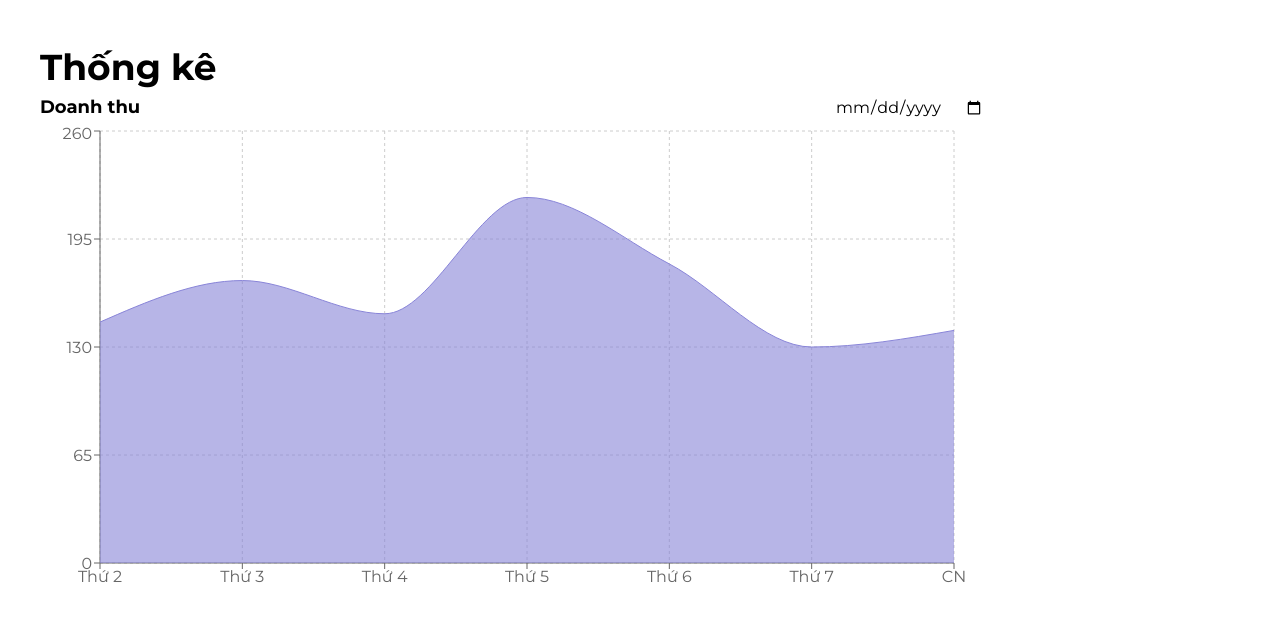
Repository: iphoneboy46/AltaMediaCMS
Page: /
An editor plug-in stored every save of this project. The page is shown before and after the next save, followed by the edit.
The browser window is 1280 px wide. The pictures show the whole page.
Some web libraries are served in a nearby version. The project was rebuilt for these pictures with package versions that can differ from the ones it lists, and the page was loaded fresh each time.

Above is the page before, as saved 2023-03-26 22:19:03.

After the next save:
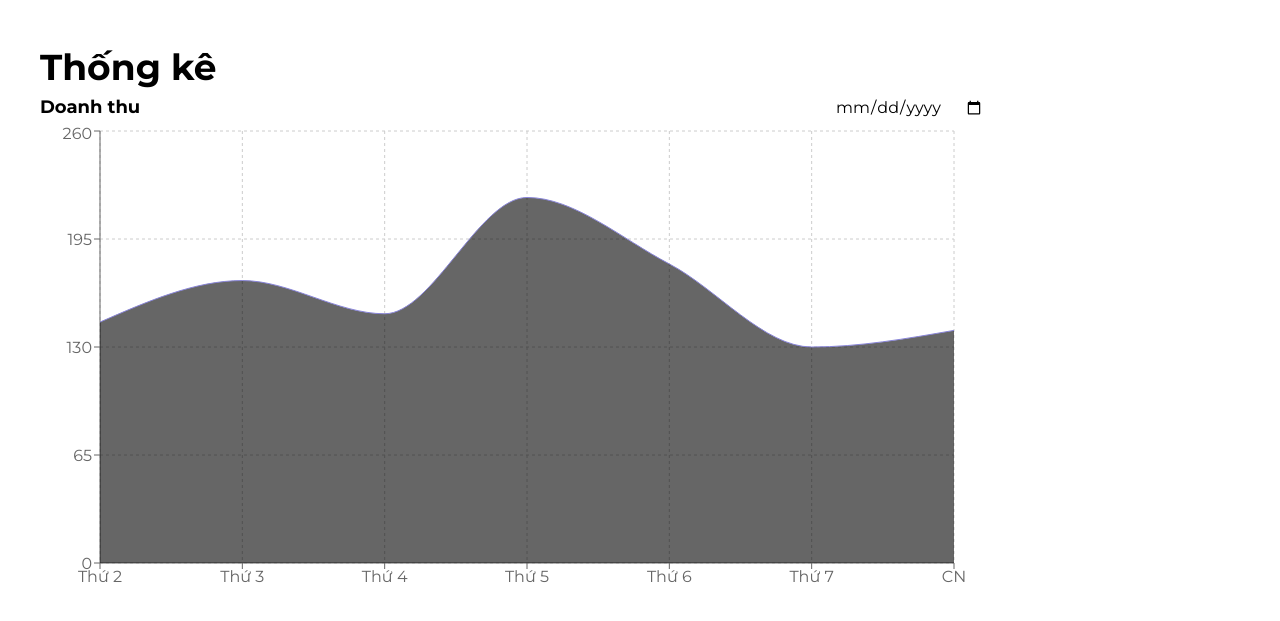
Saved 48 s later.
--- a/src/components/Charts/Charts.tsx
+++ b/src/components/Charts/Charts.tsx
@@ -72,7 +72,7 @@
             dataKey="uv"
             stackId="1"
             stroke="#8884d8"
-            fill="#8884d8"
+            fill="#000"
           />
         </AreaChart>
       </ResponsiveContainer>
